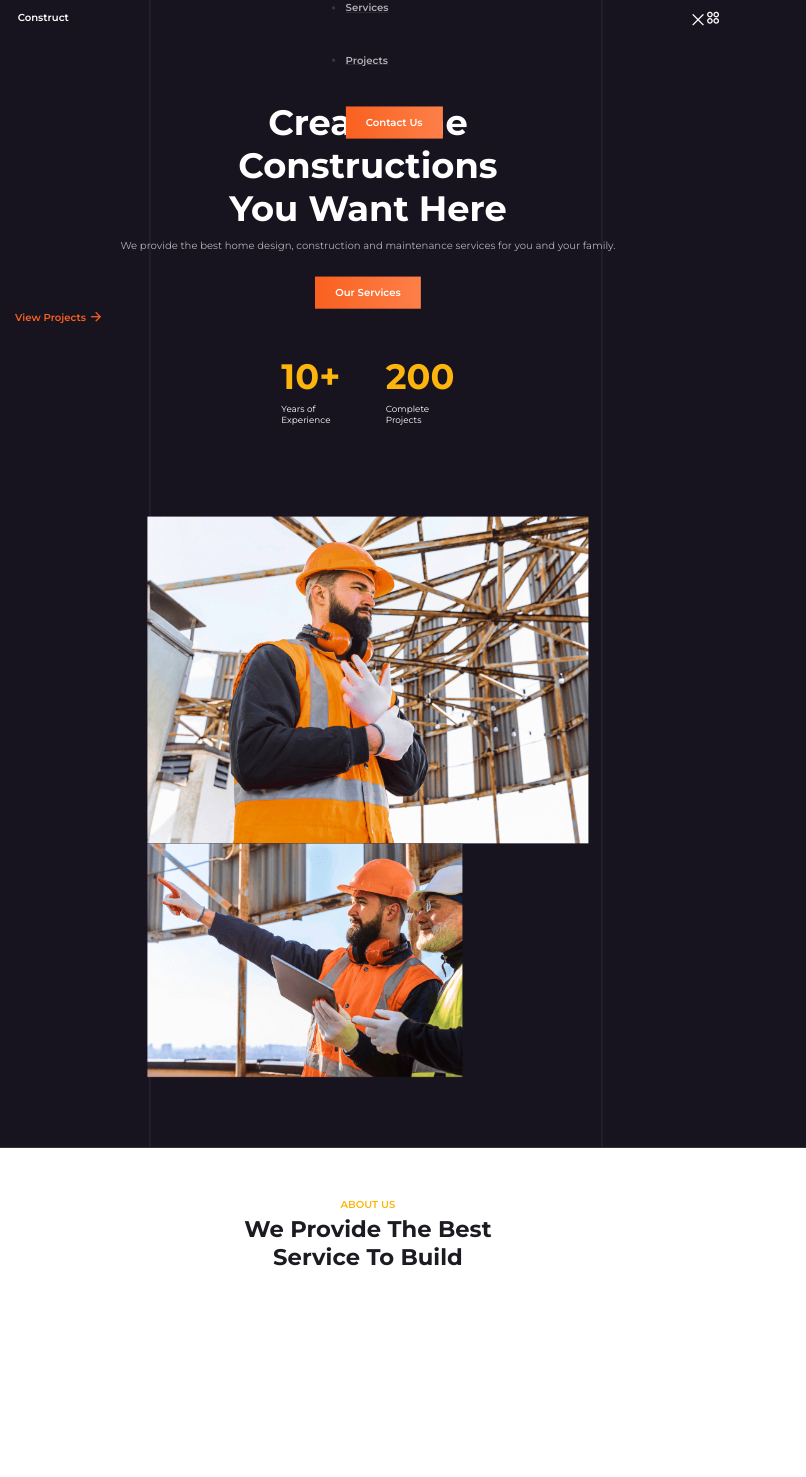
Repository: douglasabnovato/construction
Page: index.html
An editor plug-in stored every save of this project. The page is shown before and after a run of saves, followed by the edit.
The browser window is 1280 px wide. The pictures show the whole page, at 63% of full size.

Above is the page before, as saved 2025-05-01 11:36:51.

After the next 2 saves:
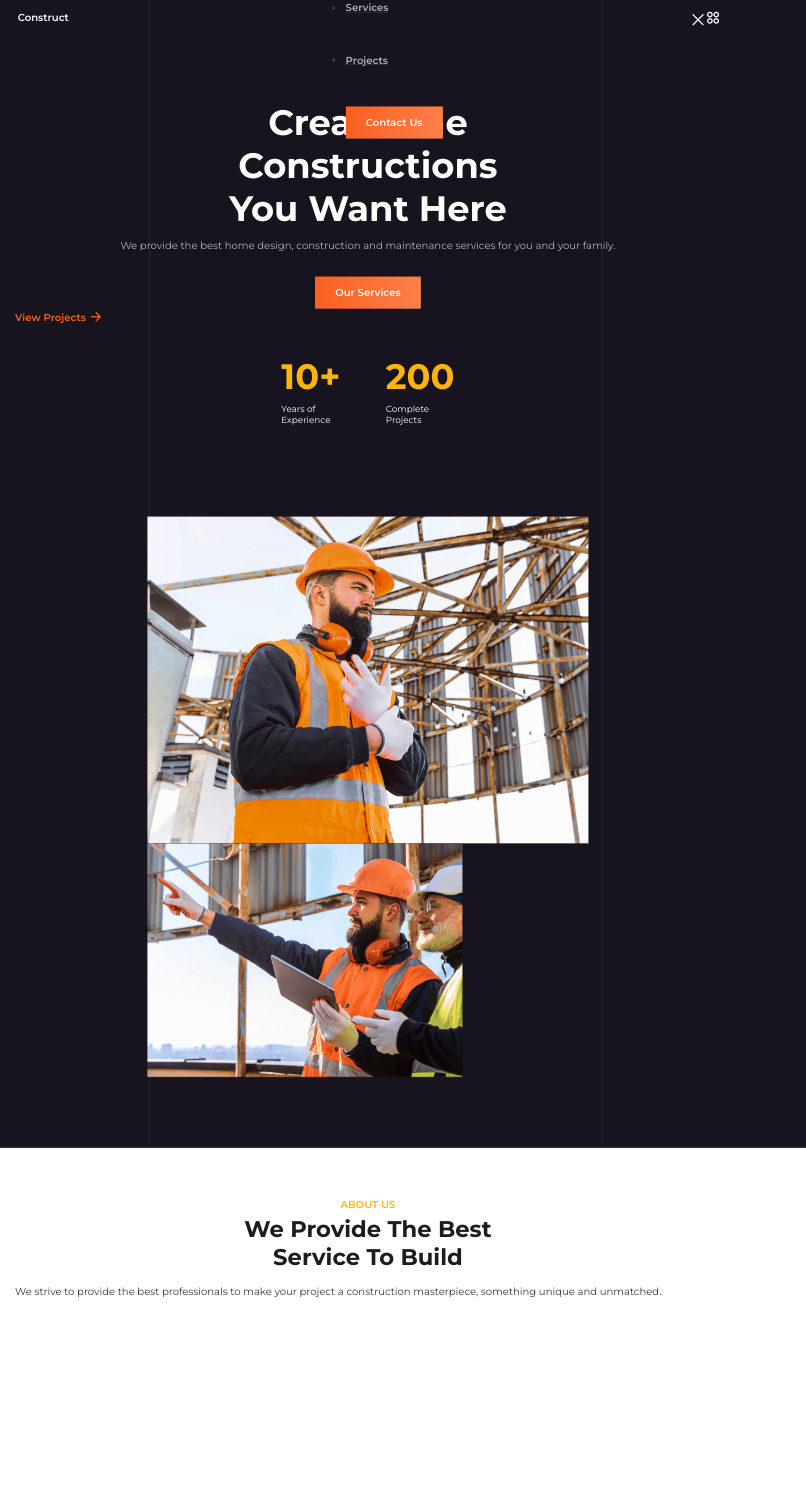
The 2 saves are shown as one change because they came seconds apart.
The last was saved 61 s later.
--- a/index.html
+++ b/index.html
@@ -109,8 +109,8 @@
             </div>
           </div>
           <div class="home__images">
-            <img src="./assets/img/home-img-1.png" alt="imagem">
-            <img src="./assets/img/home-img-2.png" alt="imagem">
+            <img src="./assets/img/home-img-1.png" alt="imagem" />
+            <img src="./assets/img/home-img-2.png" alt="imagem" />
           </div>
         </div>
       </section>
@@ -120,7 +120,14 @@
         <div class="about__container container grid">
           <div class="about__data">
             <span class="section__subtitle">ABOUT US</span>
-            <h2 class="section__title">We Provide The Best <br> Service To Build</h2>
+            <h2 class="section__title">
+              We Provide The Best <br />
+              Service To Build
+            </h2>
+            <p class="about__description">
+              We strive to provide the best professionals to make your project a
+              construction masterpiece, something unique and unmatched.
+            </p>
           </div>
         </div>
       </section>
